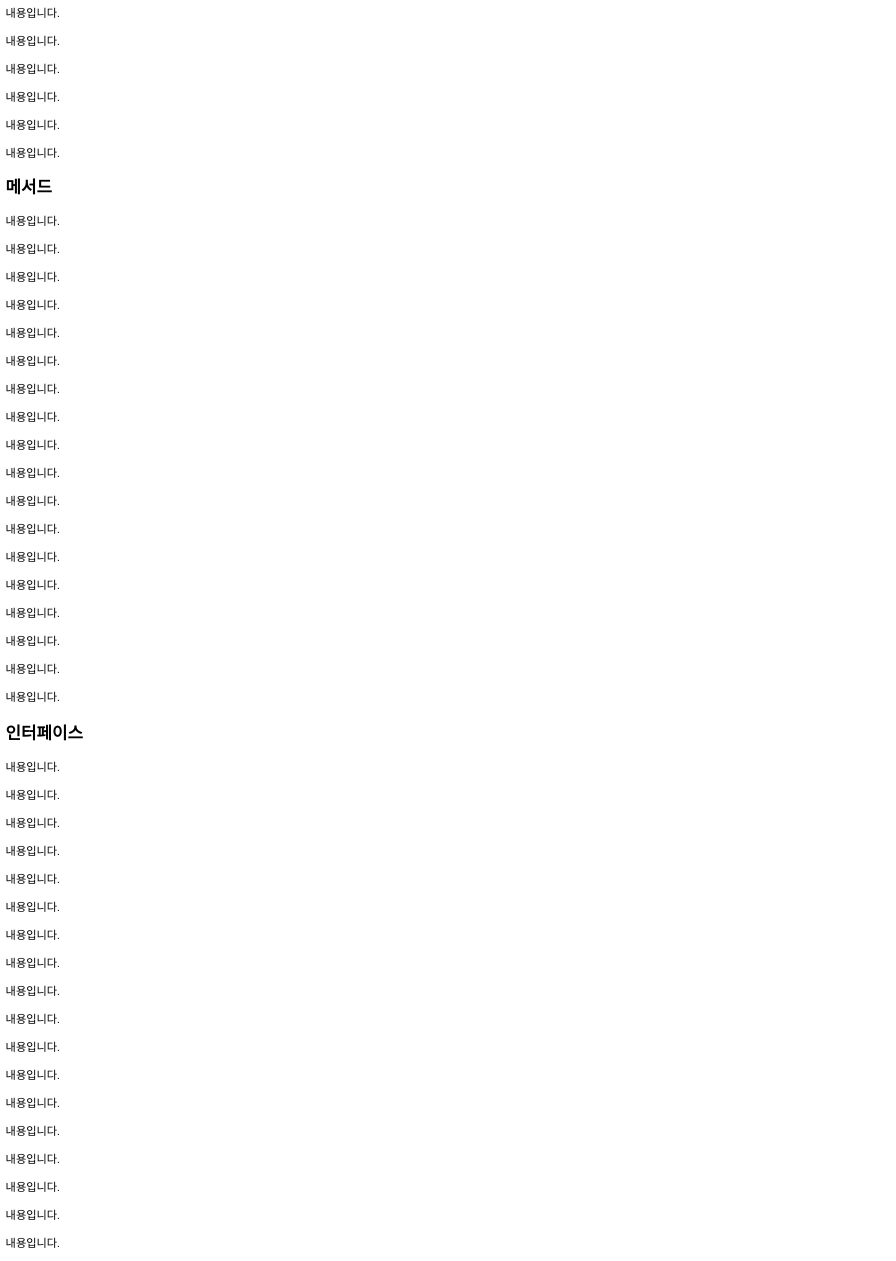
Repository: zzzzzzin/Client
Page: ClientTest/src/main/webapp/html/ex12_link.html
An editor plug-in stored every save of this project. The page is shown before and after the next save, followed by the edit.
The browser window is 1280 px wide. The pictures show the part of the page from y = 1020 to 2940 px (the page is 2822 px tall before and 4982 px after), at 70% of full size.

Above is the page before, as saved 2024-03-13 03:28:51.

After the next save:
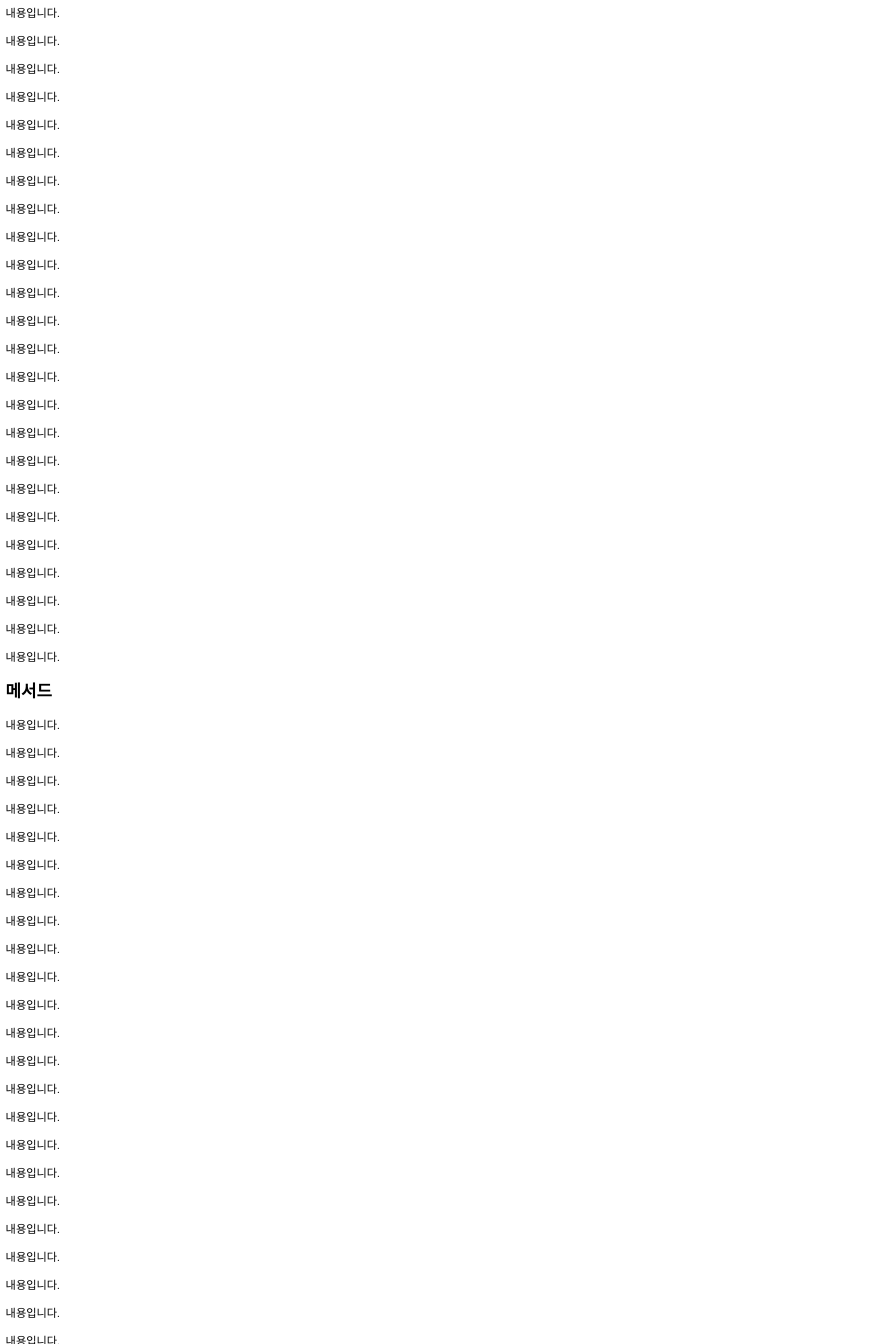
Saved 25 s later.
--- a/ClientTest/src/main/webapp/html/ex12_link.html
+++ b/ClientTest/src/main/webapp/html/ex12_link.html
@@ -60,13 +60,13 @@
 	</ul>
 
 	<h2><a name="a1" id="a1">클래스</a></h2>
-	<p>내용입니다.</p><p>내용입니다.</p><p>내용입니다.</p><p>내용입니다.</p><p>내용입니다.</p><p>내용입니다.</p><p>내용입니다.</p><p>내용입니다.</p><p>내용입니다.</p><p>내용입니다.</p><p>내용입니다.</p><p>내용입니다.</p><p>내용입니다.</p><p>내용입니다.</p><p>내용입니다.</p><p>내용입니다.</p><p>내용입니다.</p><p>내용입니다.</p>
+	<p>내용입니다.</p><p>내용입니다.</p><p>내용입니다.</p><p>내용입니다.</p><p>내용입니다.</p><p>내용입니다.</p><p>내용입니다.</p><p>내용입니다.</p><p>내용입니다.</p><p>내용입니다.</p><p>내용입니다.</p><p>내용입니다.</p><p>내용입니다.</p><p>내용입니다.</p><p>내용입니다.</p><p>내용입니다.</p><p>내용입니다.</p><p>내용입니다.</p><p>내용입니다.</p><p>내용입니다.</p><p>내용입니다.</p><p>내용입니다.</p><p>내용입니다.</p><p>내용입니다.</p><p>내용입니다.</p><p>내용입니다.</p><p>내용입니다.</p><p>내용입니다.</p><p>내용입니다.</p><p>내용입니다.</p><p>내용입니다.</p><p>내용입니다.</p><p>내용입니다.</p><p>내용입니다.</p><p>내용입니다.</p><p>내용입니다.</p>
 
 	<h2><a name="a2" id="a2">메서드</a></h2>
-	<p>내용입니다.</p><p>내용입니다.</p><p>내용입니다.</p><p>내용입니다.</p><p>내용입니다.</p><p>내용입니다.</p><p>내용입니다.</p><p>내용입니다.</p><p>내용입니다.</p><p>내용입니다.</p><p>내용입니다.</p><p>내용입니다.</p><p>내용입니다.</p><p>내용입니다.</p><p>내용입니다.</p><p>내용입니다.</p><p>내용입니다.</p><p>내용입니다.</p>
+	<p>내용입니다.</p><p>내용입니다.</p><p>내용입니다.</p><p>내용입니다.</p><p>내용입니다.</p><p>내용입니다.</p><p>내용입니다.</p><p>내용입니다.</p><p>내용입니다.</p><p>내용입니다.</p><p>내용입니다.</p><p>내용입니다.</p><p>내용입니다.</p><p>내용입니다.</p><p>내용입니다.</p><p>내용입니다.</p><p>내용입니다.</p><p>내용입니다.</p><p>내용입니다.</p><p>내용입니다.</p><p>내용입니다.</p><p>내용입니다.</p><p>내용입니다.</p><p>내용입니다.</p><p>내용입니다.</p><p>내용입니다.</p><p>내용입니다.</p><p>내용입니다.</p><p>내용입니다.</p><p>내용입니다.</p><p>내용입니다.</p><p>내용입니다.</p><p>내용입니다.</p><p>내용입니다.</p><p>내용입니다.</p><p>내용입니다.</p>
 
 	<h2><a name="a3" id="a3">인터페이스</a></h2>
-	<p>내용입니다.</p><p>내용입니다.</p><p>내용입니다.</p><p>내용입니다.</p><p>내용입니다.</p><p>내용입니다.</p><p>내용입니다.</p><p>내용입니다.</p><p>내용입니다.</p><p>내용입니다.</p><p>내용입니다.</p><p>내용입니다.</p><p>내용입니다.</p><p>내용입니다.</p><p>내용입니다.</p><p>내용입니다.</p><p>내용입니다.</p><p>내용입니다.</p>
+	<p>내용입니다.</p><p>내용입니다.</p><p>내용입니다.</p><p>내용입니다.</p><p>내용입니다.</p><p>내용입니다.</p><p>내용입니다.</p><p>내용입니다.</p><p>내용입니다.</p><p>내용입니다.</p><p>내용입니다.</p><p>내용입니다.</p><p>내용입니다.</p><p>내용입니다.</p><p>내용입니다.</p><p>내용입니다.</p><p>내용입니다.</p><p>내용입니다.</p><p>내용입니다.</p><p>내용입니다.</p><p>내용입니다.</p><p>내용입니다.</p><p>내용입니다.</p><p>내용입니다.</p><p>내용입니다.</p><p>내용입니다.</p><p>내용입니다.</p><p>내용입니다.</p><p>내용입니다.</p><p>내용입니다.</p><p>내용입니다.</p><p>내용입니다.</p><p>내용입니다.</p><p>내용입니다.</p><p>내용입니다.</p><p>내용입니다.</p>
 
 
 
